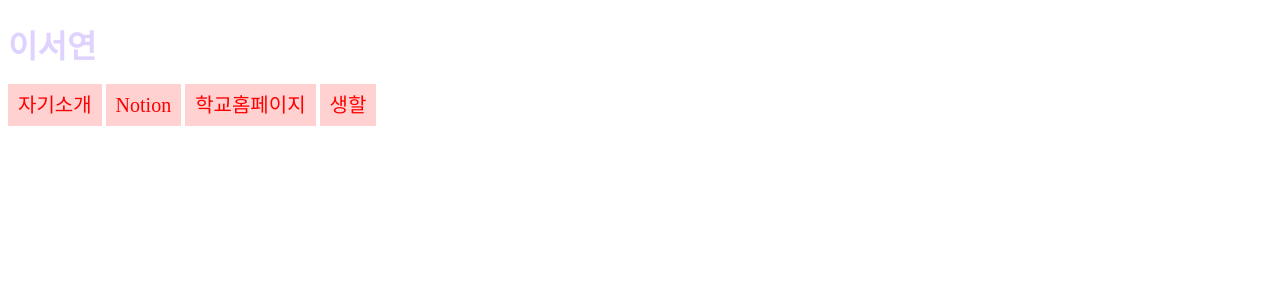
Repository: seoyeon0619/WebProgramming
Page: http://localhost/myhome1/index.jsp
An editor plug-in stored every save of this project. The page is shown before and after the next save, followed by the edit.
The browser window is 1280 px wide. The pictures show the whole page.
The page is served by Tomcat 9.

Above is the page before, as saved 2022-12-29 06:39:25.

### workspace1/myhome1/src/main/webapp/index.jsp
<%@ page language="java" contentType="text/html; charset=UTF-8"
    pageEncoding="UTF-8"%>
<!DOCTYPE html>
<html>
<head>
<meta charset="UTF-8">
<title>Insert title here</title>
<style>
		h1{
           color: #e0d2ff;
        }
        a{
            width: 200px;
            height: 120px;
            padding: 10px 10px;
            background-color: hsl(0, 100%, 91%);
            font-size: 15pt;
        }

        a:link {
            color: red;
            text-decoration: none;
        }
        a:hover {
             background-color: rgb(88, 88, 88);
             color: aliceblue;
        }

        a:active {
            background-color: hsl(331, 100%, 69%);
        }
    </style>
</head>
<body>
<%
	// 자바 코드를 둘 수 있음
	String hello = "이서연";

%>
<h1><%=hello%></h1>
<a href="<%=request.getContextPath()%>/자기소개.jsp">자기소개</a>
<a href="https://www.notion.so/LEE-SEO-YEON-85d648049b734e288d59e1462d20465b">Notion</a>
<a href="https://kangnam.ac.kr/">학교홈페이지</a>
<a href="<%=request.getContextPath()%>/연습1.jsp">생할</a>
</body>
</html>

After the next save:
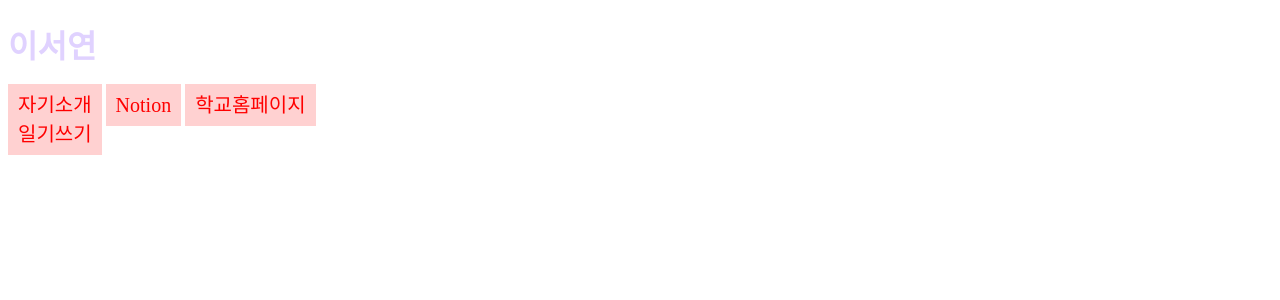
Saved 113 s later.
--- a/workspace1/myhome1/src/main/webapp/index.jsp
+++ b/workspace1/myhome1/src/main/webapp/index.jsp
@@ -40,7 +40,7 @@
 <h1><%=hello%></h1>
 <a href="<%=request.getContextPath()%>/자기소개.jsp">자기소개</a>
 <a href="https://www.notion.so/LEE-SEO-YEON-85d648049b734e288d59e1462d20465b">Notion</a>
-<a href="https://kangnam.ac.kr/">학교홈페이지</a>
-<a href="<%=request.getContextPath()%>/연습1.jsp">생할</a>
+<a href="https://kangnam.ac.kr/">학교홈페이지</a><br>
+<a href="<%=request.getContextPath()%>/일기쓰기.jsp">일기쓰기</a>
 </body>
 </html>
